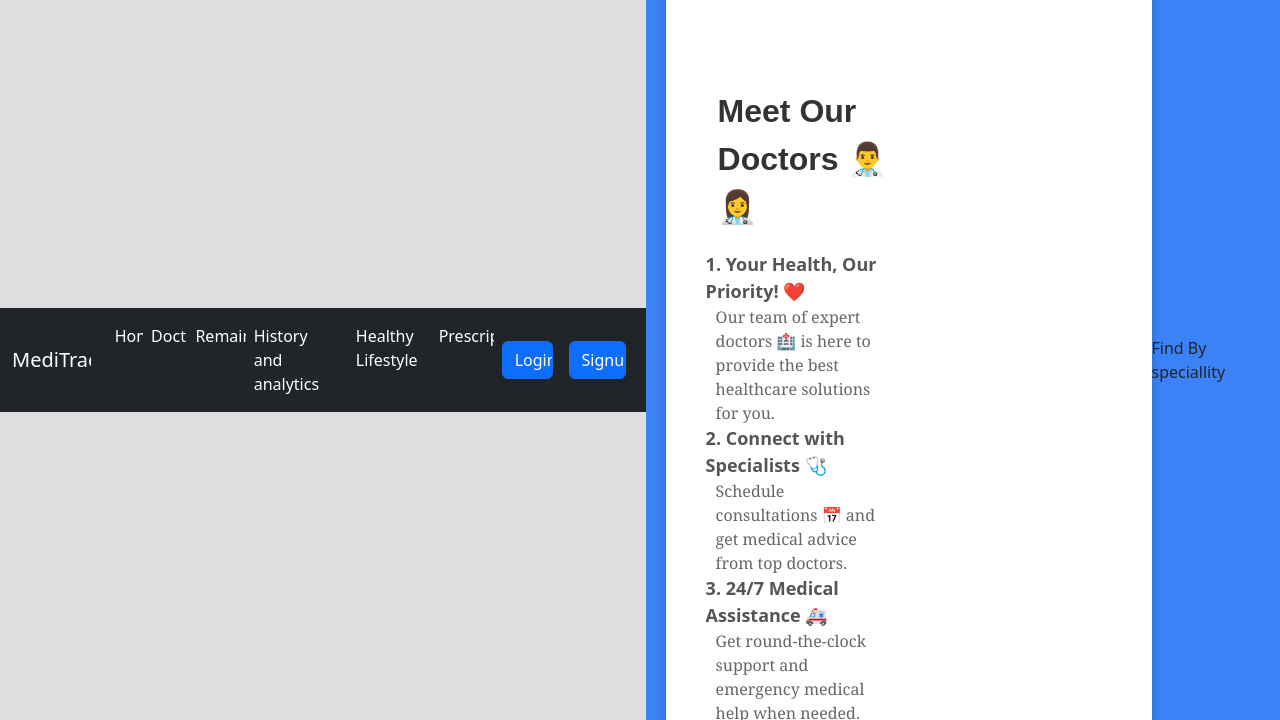
Repository: rahul-chakradhari/PillWise
Page: /doctors (app in frontend/)
The author's editor kept a copy of each file at every save. The page is drawn from the files as they stood at one save, then again after the next save.
The browser window is 1280 px wide. The pictures show the whole page.
The page's requests for data from a server got no answer. An inner scrolling area shows only its first screen. The project was rebuilt for these pictures with package versions that can differ from the ones it lists, and the page was loaded fresh each time. No one was signed in, and anything a server would have sent is missing. Also part of the build but not shown: frontend/vite.config.js, frontend/src/components/Home.jsx, frontend/src/components/History.jsx, frontend/src/components/Remainder.jsx, frontend/src/components/Healthy.jsx, frontend/src/components/Prescription.jsx.

Above is the page before, as saved 2025-03-06 16:47:14.

### frontend/index.html
<!DOCTYPE html>
<html lang="en">
  <head>
    <meta charset="UTF-8" />
    <link rel="icon" type="image/svg+xml" href="/vite.svg" />
    <meta name="viewport" content="width=device-width, initial-scale=1.0" />
    <link
      href="https://cdn.jsdelivr.net/npm/bootstrap@5.3.3/dist/css/bootstrap.min.css"
      rel="stylesheet"
      integrity="sha384-QWTKZyjpPEjISv5WaRU9OFeRpok6YctnYmDr5pNlyT2bRjXh0JMhjY6hW+ALEwIH"
      crossorigin="anonymous"
    />
    <link
      rel="stylesheet"
      href="https://cdnjs.cloudflare.com/ajax/libs/font-awesome/6.5.1/css/all.min.css"
    />

    <title>MediTrack-Smart-Medicine-Reminder-Tracker</title>
  </head>
  <body>
    <div id="root"></div>
    <script type="module" src="/src/main.jsx"></script>
    <script
      src="https://cdn.jsdelivr.net/npm/bootstrap@5.3.3/dist/js/bootstrap.bundle.min.js"
      integrity="sha384-YvpcrYf0tY3lHB60NNkmXc5s9fDVZLESaAA55NDzOxhy9GkcIdslK1eN7N6jIeHz"
      crossorigin="anonymous"
    ></script>
  </body>
</html>

### frontend/src/App.jsx
import "./App.css";

import { Routes, Route } from "react-router-dom";
import Navbar from "./components/Navbar";
import Home from "./components/Home";
import History from "./components/History";
import Remainder from "./components/Remainder";
import Doctors from "./components/Doctors";
import Healthy from "./components/Healthy";
import Prescription from "./components/Prescription";
function App() {
  return (
    <div className="app">
      <Navbar />
      <Routes>
        <Route path="/" element={<Home />} />
        <Route path="/history" element={<History />} />
        <Route path="/remainder" element={<Remainder />} />
        <Route path="/doctors" element={<Doctors />} />
        <Route path="/healthy" element={<Healthy />} />
        <Route path="/prescription" element={<Prescription />} />
      </Routes>
    </div>
  );
}

export default App;

### frontend/src/App.css
* {
  margin: 0;
}
.app {
  background-color: #dddedd;
  min-height: 100vh;
  display: flex;
  justify-content: center;
  align-items: center;
}

### frontend/src/components/Navbar.jsx
import React from "react";
import { Link } from "react-router-dom";
const Navbar = () => {
  const isLoggedin = localStorage.getItem("auth-token");
  return (
    <div>
      <nav className="navbar navbar-expand-lg navbar-dark bg-dark">
        <div className="container-fluid">
          <Link className="navbar-brand" to="#">
            MediTrack <i className="fa-solid fa-house-medical"></i>{" "}
          </Link>
          <button
            className="navbar-toggler"
            type="button"
            data-bs-toggle="collapse"
            data-bs-target="#navbarSupportedContent"
            aria-controls="navbarSupportedContent"
            aria-expanded="false"
            aria-label="Toggle navigation"
          >
            <span className="navbar-toggler-icon"></span>
          </button>
          <div className="collapse navbar-collapse" id="navbarSupportedContent">
            <ul className="navbar-nav me-auto mb-2 mb-lg-0">
              <li className="nav-item">
                <Link className="nav-link active" aria-current="page" to="/">
                  Home
                </Link>
              </li>

              <li className="nav-item">
                <Link
                  className="nav-link active"
                  aria-current="page"
                  to="/doctors"
                >
                  Doctors
                </Link>
              </li>
              <li className="nav-item">
                <Link
                  className="nav-link active"
                  aria-current="page"
                  to="/remainder"
                >
                  Remainder
                </Link>
              </li>
              <li className="nav-item">
                <Link
                  className="nav-link active"
                  aria-current="page"
                  to="/history"
                >
                  History and analytics
                </Link>
              </li>
              <li className="nav-item">
                <Link
                  className="nav-link active"
                  aria-current="page"
                  to="/healthy"
                >
                  Healthy Lifestyle
                </Link>
              </li>
              <li className="nav-item">
                <Link
                  className="nav-link active"
                  aria-current="page"
                  to="/prescription"
                >
                  Prescription
                </Link>
              </li>

              {/*"Contribute" tab sirf logged-in users ke liye */}
              {isLoggedin && (
                <li>
                  <Link className="nav-link-active" to="/contribute">
                    Contribute
                  </Link>
                </li>
              )}
            </ul>
            <Link to="/login" className="btn btn-primary mx-2">
              Login
            </Link>
            <Link to="/signup" className="btn btn-primary mx-2">
              Signup
            </Link>
          </div>
        </div>
      </nav>
    </div>
  );
};

export default Navbar;

### frontend/src/components/Doctors.jsx
import React, { useEffect, useState } from "react";
import Lottie from "lottie-react";
import "./styles.css";

const Doctors = () => {
  const [animationData, setAnimationData] = useState(null);

  useEffect(() => {
    fetch("/Animation - 1741258183863.json")
      .then((response) => response.json())
      .then((data) => setAnimationData(data))
      .catch((error) => console.error("Error loading animation:", error));
  }, []);

  return (
    <div className="doctors-container">
      <div className="doctors-content">
        <div className="doctors-text">
          <div className="title">Meet Our Doctors 👨‍⚕️👩‍⚕️</div>
          <div className="texts">
            <b>
              {" "}
              1. Your Health, Our Priority! ❤️ <br />
            </b>
            <div className="subtexts">
              Our team of expert doctors 🏥 is here to provide the best
              healthcare solutions for you.
            </div>
            <b>
              2. Connect with Specialists 🩺 <br />
            </b>
            <div className="subtexts">
              Schedule consultations 📅 and get medical advice from top doctors.
            </div>
            <b>
              {" "}
              3. 24/7 Medical Assistance 🚑 <br />
            </b>
            <div className="subtexts">
              Get round-the-clock support and emergency medical help when
              needed.
            </div>
            <br />
            <button className="button-64" role="button">
              <span className="text">Book appointment</span>
            </button>
          </div>
        </div>
        <div className="doctors-image">
          {animationData && (
            <Lottie
              animationData={animationData}
              loop={true}
              className="animation-style"
            />
          )}
        </div>
      </div>
      <div>Find By speciallity</div>
    </div>
  );
};

export default Doctors;

### frontend/src/components/styles.css
* {
  margin: 0;
  padding: 0;
  box-sizing: border-box; /* Ensure padding/margin don't cause overflow */
  overflow-x: hidden; /* Horizontal scroll hatane ke liye */
}
body,
html {
  width: 100%;
  height: 100%;
  overflow: hidden;
}

.container {
  display: flex;
  align-items: center;
  justify-content: space-between;
  padding: 20px;
  width: 200vw;
  height: 100vh;
  overflow: hidden;
}

/* CSS */
.button-64 {
  align-items: center;
  background-image: linear-gradient(144deg, #af40ff, #5b42f3 50%, #00ddeb);
  border: 0;
  border-radius: 8px;
  box-shadow: rgba(151, 65, 252, 0.2) 0 15px 30px -5px;
  box-sizing: border-box;
  color: #ffffff;
  display: flex;
  font-family: Phantomsans, sans-serif;
  font-size: 20px;
  justify-content: center;
  line-height: 1em;
  max-width: 100%;
  min-width: 140px;
  padding: 3px;
  text-decoration: none;
  user-select: none;
  -webkit-user-select: none;
  touch-action: manipulation;
  white-space: nowrap;
  cursor: pointer;
}

.button-64:active,
.button-64:hover {
  outline: 0;
}

.button-64 span {
  background-color: rgb(5, 6, 45);
  padding: 16px 24px;
  border-radius: 6px;
  width: 100%;
  height: 100%;
  transition: 300ms;
}

.button-64:hover span {
  background: none;
}

@media (min-width: 768px) {
  .button-64 {
    font-size: 24px;
    min-width: 196px;
  }
}

.title {
  margin-left: 182px;
  font-family: "Poppins", sans-serif;
  font-weight: bold;
  margin-bottom: 75px;
}
.subtexts {
  font-family: Cambria, Cochin, Georgia, Times, "Times New Roman", serif;
}
.texts {
  font-size: 18px;
  gap: 12px;
  margin-top: 19px;
}
.image {
  flex: 1;
  display: flex;
  width: 399.99px;
  height: 640.01px;
  justify-content: flex-end;
  max-width: 50%;
  overflow: hidden;
  max-width: 100%; /* Image container ko responsive banane ke liye */
  max-height: 100vh;
}

.text {
  flex: 1; /* Text ka section */
  text-align: left; /* Ensure left alignment */
  font-size: 24px;
  font-weight: bold;
}

.animation-style {
  width: 700px; /* Adjust as needed */
  height: 700px; /* Maximum width of animation */
  flex: 1;
  margin-bottom: 122px;
}
.doctors-container {
  background-color: rgb(59 130 246); /* Cyan Background */
  display: flex;
  justify-content: center;
  align-items: center;
  height: 100vh;
  padding: 20px;
}

.doctors-content {
  display: flex;
  flex-direction: row; /* Left-Right Layout */
  max-width: 1200px;
  width: 100%;
  background: white;
  border-radius: 20px;
  overflow: hidden;
  box-shadow: 0px 4px 10px rgba(0, 0, 0, 0.2);
}

.doctors-image {
  flex: 1;
  display: flex;
  justify-content: center;
  align-items: center;
  padding: 20px;
}

.doctors-text {
  flex: 1;
  padding: 40px;
  text-align: left;
  margin-top: 180px;
}

.title {
  font-size: 32px;
  font-weight: bold;
  color: #333;
  margin-bottom: 20px;
  margin-left: 12px;
}

.texts {
  font-size: 18px;
  color: #555;
}

.subtexts {
  font-size: 16px;
  color: #666;
  margin-left: 10px;
}
.doctors-text .texts {
  font-size: 18px;
  color: #555; /* Text ka color */
}

.doctors-text .subtexts {
  font-size: 16px;
  color: #666; /* Subtext ka color */
  margin-left: 10px;
}

Loaded but not shown: frontend/src/main.jsx (common file); frontend/src/index.css (common file)

After the next save:
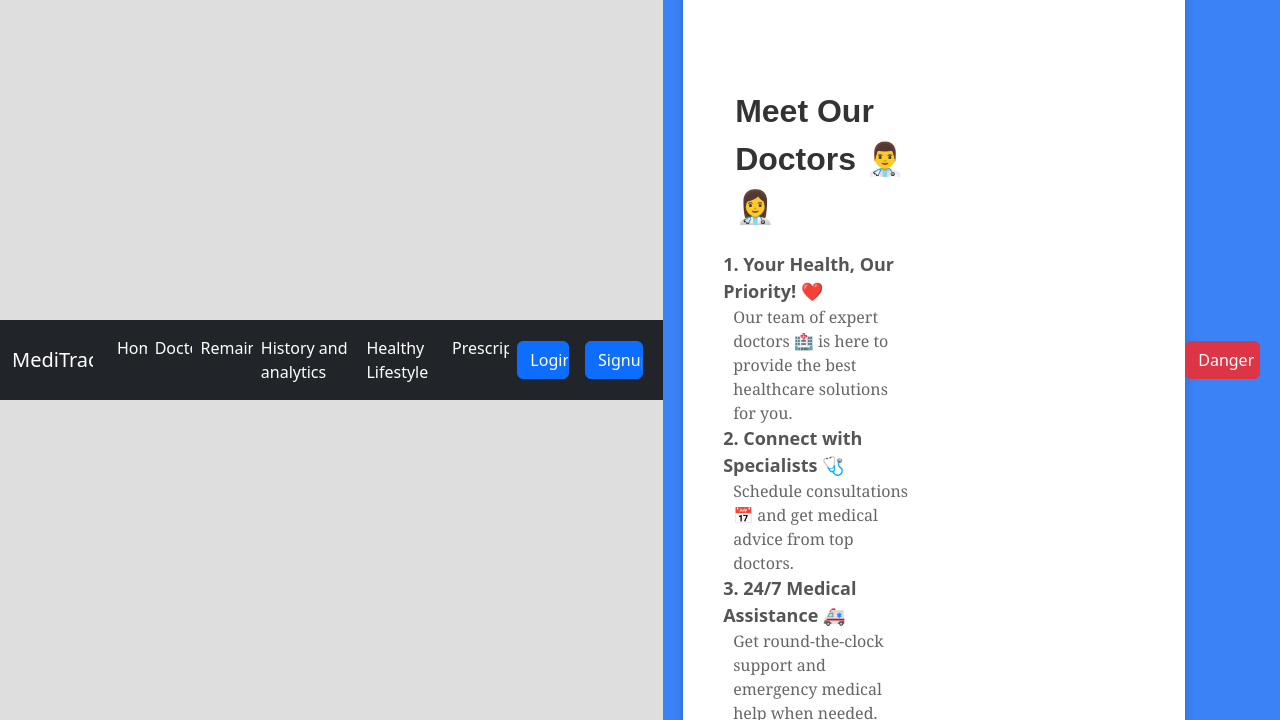
Saved 61 s later.
--- a/frontend/src/components/Doctors.jsx
+++ b/frontend/src/components/Doctors.jsx
@@ -56,7 +56,9 @@
           )}
         </div>
       </div>
-      <div>Find By speciallity</div>
+      <button type="button" class="btn btn-danger">
+        Danger
+      </button>
     </div>
   );
 };
